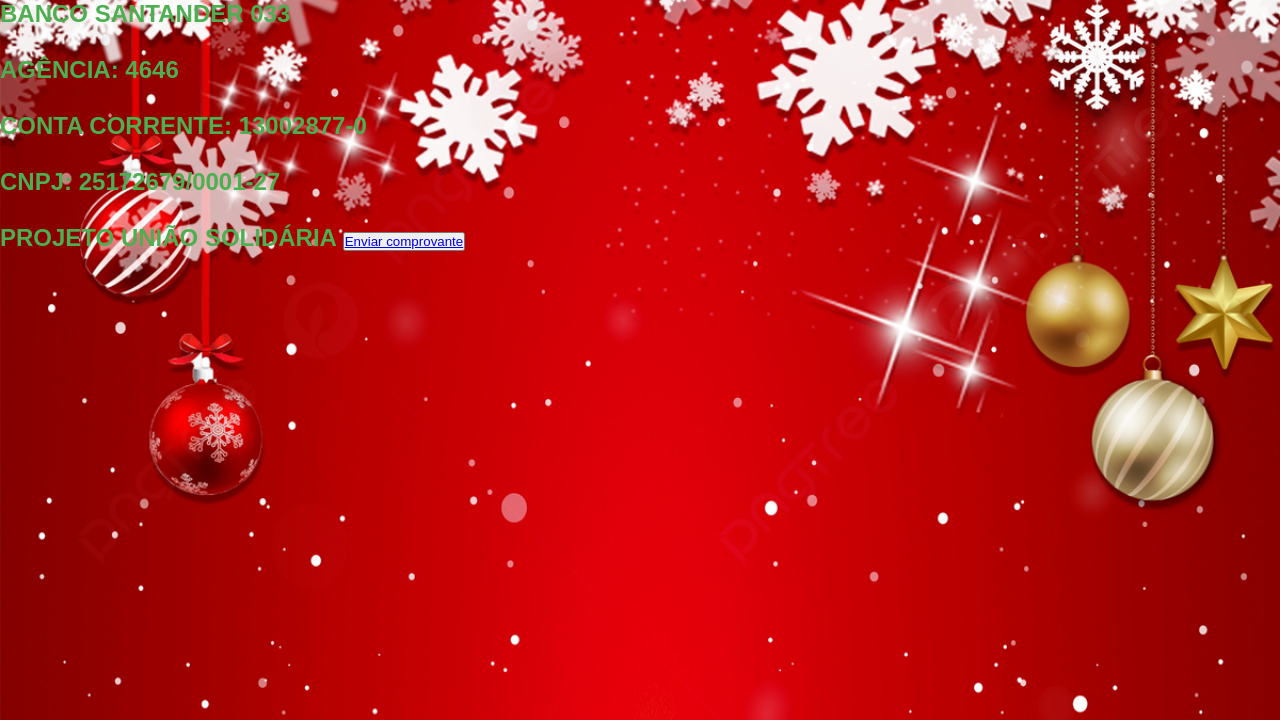
Repository: adrtrvs/qrcodeong
Page: deposito.html
An editor plug-in stored every save of this project. The page is shown before and after the next save, followed by the edit.
The browser window is 1280 px wide. The pictures show the whole page.
Some web fonts or font styles are not loaded; a fallback is used.

Above is the page before, as saved 2022-11-07 11:06:50.

### deposito.html
<!DOCTYPE html>
<html lang="en">
  <head>
    <meta charset="UTF-8" />
    <meta http-equiv="X-UA-Compatible" content="IE=edge" />
    <meta name="viewport" content="width=device-width, initial-scale=1.0" />
    <link rel="stylesheet" href="style.css" />
    <title>Depósito</title>
  </head>

  <body>
    <h2 class="_pix">
      Banco Santander 033 <br /><br />
      Agência: 4646
      <br /><br />
      Conta Corrente: 13002877-0
      <br /><br />
      CNPJ: 25172679/0001-27
      <br /><br />
      PROJETO UNIÃO SOLIDÁRIA
      <button class="botaocomprov">
        <a href="https://wa.link/eox7dz" target="_blank">Enviar comprovante</a>
    </h2>

    </button>
  </body>
</html>

### style.css
@import url('https://fonts.googleapis.com/css2?family=Courgette&display=swap');
@import url('https://fonts.googleapis.com/css2?family=Indie+Flower&display=swap');
@import url('https://fonts.googleapis.com/css2?family=Cuprum:wght@500&display=swap');
* {
  padding: 0;
  margin: 0;
}
@keyframes animate {
  0% {
    opacity: 0;
  }

  50% {
    opacity: 1;
  }

  100% {
    opacity: 0;
  }
}

body {
  /*  background-color: #f5f5dc;*/
  background-image: url(./files/natalbody.jpeg);
  background-repeat: no-repeat;
  background-size: cover;
  width: 100%;
}

header img {
  width: 100%;
}

header p {
  color: whitesmoke;
  text-align: center;
  font-size: 18px;
  margin: 10px;
  font-family: 'Cuprum', sans-serif;
}

/*Botão Campaign urgente*/

.campaignbutton {
  text-align: center;
  margin: 20px;
}

.campaignbutton a {
  text-decoration: none;
  text-transform: uppercase;
  font-size: 2em;
  color: rgba(219, 10, 10, 0.73);
  text-align: center;
  animation: animate 2s linear infinite;
  font-family: 'Cuprum', sans-serif;
}

.bcampaign {
  padding: 8px 15px;
  border-radius: 26px;
  border: none;
  background-color: #4caf50;
}

.bcampaign:hover {
  background-color: #cbf305;
  transition-duration: 0.4s;
}

/*Fonts*/

h1,
h2,
h3 {
  color: #4caf50;
  text-transform: uppercase;
  font-family: 'Cuprum', sans-serif;
}

.pix h2,
h3 {
  color: white;
}

/*Menu principal*/
.menu h2 {
  background-color: #4caf50;
  text-align: center;
  font-size: 18px;
  margin: 5px;
  padding: 5px;
  color: whitesmoke;
  font-family: 'Cuprum', sans-serif;
}

.menu h3 {
  font-size: 16px;
  margin-bottom: 5px;
  font-family: 'Cuprum', sans-serif;
}

/* Listas*/
ul li {
  display: flex;
  justify-content: space-between;
  padding: 16px;
  border-bottom: 1px solid rgba(0, 0, 0, 0.1);
}

/* paragrafos da lista*/
.details {
  padding: 5px;
  color: #4caf50;
  font-family: 'Cuprum', sans-serif;
}

/*botão clique lista*/
._link {
  background-color: #4caf50;
  border: none;
  padding: 13px 23px;
  border-radius: 26px;
  align-self: flex-start;
}

.submenu button a {
  text-decoration: none;
  font-size: 14px;
  color: whitesmoke;
  white-space: nowrap;
  font-family: 'Cuprum', sans-serif;
}

._link:hover {
  background-color: #cbf305;
  transition-duration: 0.4s;
}

/* CAMPAIGN*/

.campaignvid {
  display: flex;
  flex-direction: column;
  align-items: center;
}

.buttoncampaignaj {
  padding: 8px 15px;
  border-radius: 26px;
  border: none;
  background-color: #008cba;
  margin: 20px;
}

.buttoncampaignaj a {
  text-decoration: none;
  text-transform: uppercase;
  font-size: 2em;
  color: whitesmoke;
  animation: animate 3s linear infinite;
}

.buttoncampaignaj:hover {
  background-color: #4caf50;
  transition-duration: 0.4s;
}

.titlecampaing {
  text-align: center;
  color: rgba(0, 0, 0, 0.9);
}

.campaigndescription {
  font-size: 16px;
  color: rgba(0, 0, 0, 0.8);
  padding: 16px;
  text-align: center;
  justify-content: space-between;
}

After the next save:
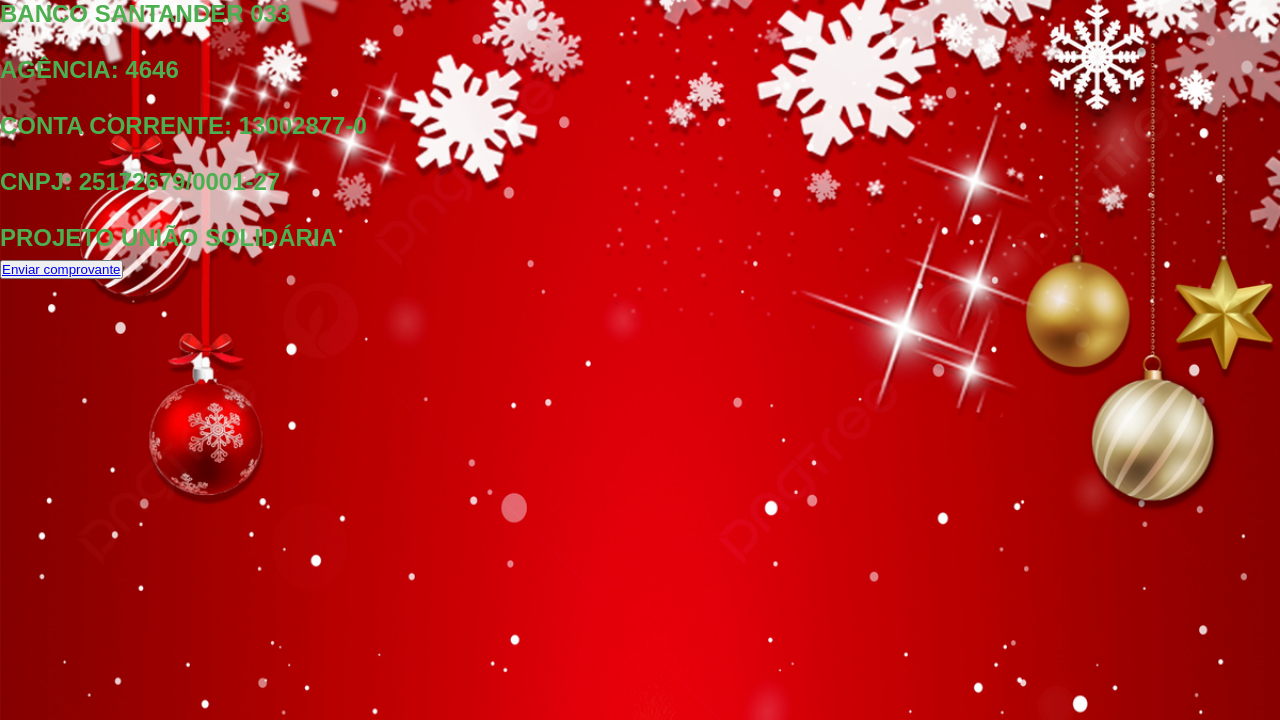
Saved 80 s later.
--- a/deposito.html
+++ b/deposito.html
@@ -17,7 +17,7 @@
       <br /><br />
       CNPJ: 25172679/0001-27
       <br /><br />
-      PROJETO UNIÃO SOLIDÁRIA
+      PROJETO UNIÃO SOLIDÁRIA <br>
       <button class="botaocomprov">
         <a href="https://wa.link/eox7dz" target="_blank">Enviar comprovante</a>
     </h2>
